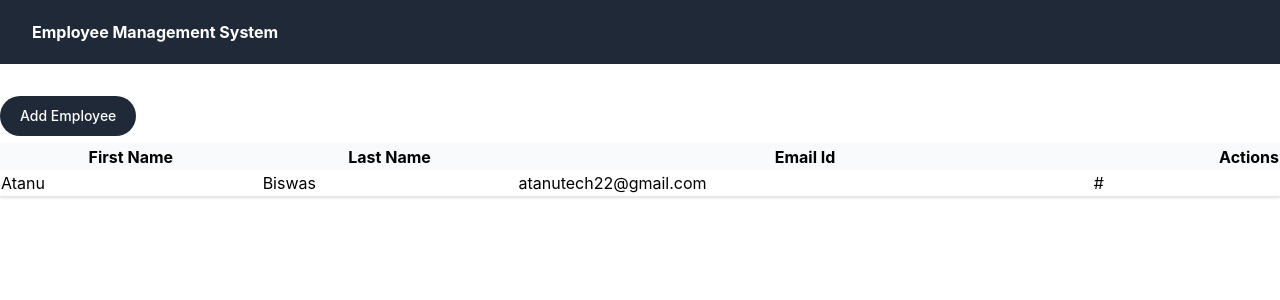
Repository: Atanu484/Full-Stack-Employee-Management-System
Page: / (app in employee-system-frontend/)
The author's editor kept a copy of each file at every save. The page is drawn from the files as they stood at one save, then again after a run of saves.
The browser window is 1280 px wide. The pictures show the whole page.
The project was rebuilt for these pictures with package versions that can differ from the ones it lists, and the page was loaded fresh each time. Also part of the build but not shown: employee-system-frontend/src/App.css, employee-system-frontend/src/services/EmployeeService.js, employee-system-frontend/src/components/AddEmployee.js.

Above is the page before, as saved 2022-08-15 05:02:01.

### employee-system-frontend/src/App.js

import { BrowserRouter, Routes, Route } from 'react-router-dom';
import './App.css';
import AddEmployee from './components/AddEmployee';
import EmployeeList from './components/EmployeeList';
import NavBar from './components/NavBar';

function App() {
  return (
    <>
      <BrowserRouter>
        <NavBar />
        <Routes>
          <Route path="/" element={<EmployeeList />}></Route>
          <Route path="/employeeList" element={<EmployeeList />}></Route>
          <Route path="/addEmployee" element={<AddEmployee />}></Route>
        </Routes>
      </BrowserRouter>
    </>
  );
}

export default App;

### employee-system-frontend/src/components/EmployeeList.js

import React from 'react';
const EmployeeList = () => {
    return (
        <div className="container mx-auto my-8">
            <div className="h-12">
                <button type="button" class="text-white bg-gray-800 hover:bg-gray-900 focus:outline-none focus:ring-4 focus:ring-gray-300 font-medium rounded-full text-sm px-5 py-2.5 mr-2 mb-2 dark:bg-gray-800 dark:hover:bg-gray-700 dark:focus:ring-gray-700 dark:border-gray-700">Add Employee</button>
            </div>
            <div className="flex shadow border-b">
                <table className="min-w-full">
                    <thead className="bg-gray-50">
                        <tr>
                            <th className=''>First Name</th>
                            <th>Last Name</th>
                            <th>Email Id</th>
                            <th className="text-right">Actions</th>
                        </tr>
                    </thead>
                    <tbody className='bg-white'>
                        <tr>
                            <td>Atanu</td>
                            <td>Biswas</td>
                            <td>atanutech22@gmail.com</td>
                            <td>#</td>
                        </tr>
                    </tbody>
                </table>
            </div>
        </div>
    );
};

export default EmployeeList;

### employee-system-frontend/src/components/NavBar.js
import React from "react";

const Navbar = () => {
    return (
        <div className="bg-gray-800">
            <div className="h-16 px-8 flex items-center">
                <p className="text-white font-bold">Employee Management System</p>
            </div>
        </div>
    );
};

export default Navbar;

Loaded but not shown: employee-system-frontend/public/index.html (common file); employee-system-frontend/src/index.js (common file); employee-system-frontend/src/index.css (common file); employee-system-frontend/tailwind.config.js (common file)

After the next 2 saves:
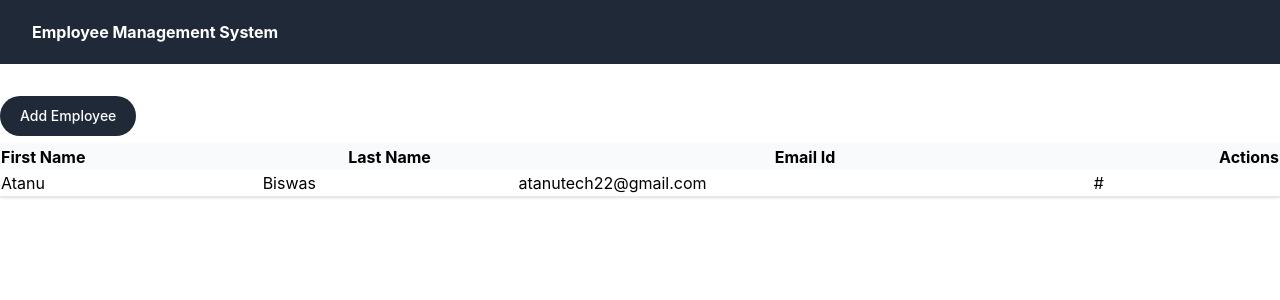
The 2 saves are shown as one change because they came seconds apart.
The last was saved 7 s later.
--- a/employee-system-frontend/src/components/EmployeeList.js
+++ b/employee-system-frontend/src/components/EmployeeList.js
@@ -10,7 +10,7 @@ const EmployeeList = () => {
                 <table className="min-w-full">
                     <thead className="bg-gray-50">
                         <tr>
-                            <th className=''>First Name</th>
+                            <th className='text-left'>First Name</th>
                             <th>Last Name</th>
                             <th>Email Id</th>
                             <th className="text-right">Actions</th>
